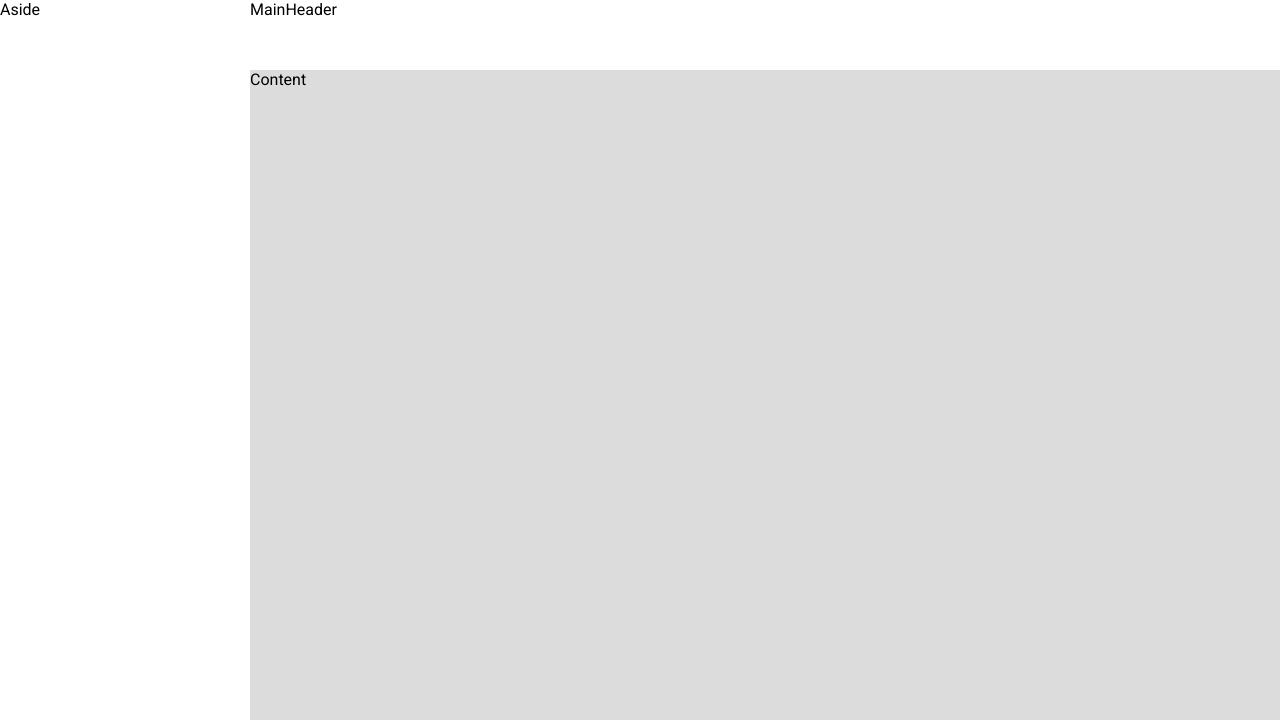
Repository: XFERRER7/dashboard
Page: /
The author's editor kept a copy of each file at every save. The page is drawn from the files as they stood at one save, then again after a run of saves.
The browser window is 1280 px wide. The pictures show the whole page.
The project was rebuilt for these pictures with package versions that can differ from the ones it lists, and the page was loaded fresh each time. Also part of the build but not shown: vite.config.ts.

Above is the page before, as saved 2022-07-06 15:30:31.

### index.html
<!DOCTYPE html>
<html lang="pt-br">

<head>
  <meta charset="UTF-8" />
  <meta name="viewport" content="width=device-width, initial-scale=1.0" />
  <link rel="shortcut icon" href="src/assets/Logo.svg" type="image/x-icon">
  <link rel="preconnect" href="https://fonts.googleapis.com">
  <link rel="preconnect" href="https://fonts.gstatic.com" crossorigin>
  <link href="https://fonts.googleapis.com/css2?family=Roboto:wght@400;500;700&display=swap" rel="stylesheet">
  <title>Dashboard</title>
</head>

<body>
  <div id="root"></div>
  <script type="module" src="/src/main.tsx"></script>
</body>

</html>

### src/main.tsx
import React from 'react'
import ReactDOM from 'react-dom/client'
import {App} from './App'

ReactDOM.createRoot(document.getElementById('root')!).render(
  <React.StrictMode>
    <App />
  </React.StrictMode>
)

### src/App.tsx
import Global from "./styles/Global"
import { Layout } from './components/Layout'
import { ThemeProvider } from 'styled-components'
import dark from './styles/Themes/dark'
import light from './styles/Themes/light'

export const App = () => {
  return (
    <div>
      <ThemeProvider theme={light}>
        <Global />
        <Layout />
      </ThemeProvider>
    </div>
  )
}

### src/styles/Global.ts
import { createGlobalStyle } from 'styled-components'

export default createGlobalStyle`

  * {
    margin: 0;
    padding: 0;
    box-sizing: border-box;
  }

  html, body, #root {
    height: 100%;
  }

  *, button, input {
    border: 0;
    outline: 0;
    font-family: 'Roboto', sans-serif;
  }

  button {
    cursor: pointer;
  }

`;

### src/components/Layout/index.tsx
import {Container} from './Styles'
import { MainHeader} from '../MainHeader'
import { Content} from '../Content'
import { Aside} from '../Aside'

export const Layout = () => {
  return (
    <Container>
      <MainHeader/>
      <Aside/>
      <Content/>
    </Container>
  )
}

### src/styles/Themes/light.ts
export default {
  title: 'light',

  colors: {
    primary: '#DCDCDC',
    secondary: '##E5E5E5',
    tertiary: '##F5F5F5',

    white: '#000',
    black: '#fff',
    gray: '#dfdfdf',

    sucess: '#03BB85',
    info: '#3B5998',
    warnig: '#FF6961'


  }
}

### src/components/Layout/Styles.ts
import styled from "styled-components"

export const Container = styled.div`
  display: grid;
  grid-template-columns: 250px auto;
  grid-template-rows: 70px auto;

  grid-template-areas:
  'AS MH'
  'AS CT';
  height: 100vh;

`

### src/components/MainHeader/index.tsx
import {Container} from './Styles'


export const MainHeader = () => {
  return (
    <Container>
      <div>MainHeader</div>
    </Container>
  )
}

### src/components/Content/index.tsx
import {Container} from './Styles'


export const Content = () => {
  return (
    <Container>
      <div>Content</div>

    </Container>
  )
}

### src/components/Aside/index.tsx
import {Container} from './Styles'


export const Aside = () => {
  return (
    <Container>
      <div>Aside</div>

    </Container>
  )
}

### src/components/MainHeader/Styles.ts
import styled from "styled-components"

export const Container = styled.div`
  grid-area: MH;
  color: ${props => props.theme.colors.white};
  background-color: ${props => props.theme.colors.secondary};
`

### src/components/Content/Styles.ts
import styled from "styled-components"

export const Container = styled.div`
  grid-area: CT;
  color: ${props => props.theme.colors.white};
  background-color: ${props => props.theme.colors.primary};
`

### src/components/Aside/Styles.ts
import styled from "styled-components"

export const Container = styled.div`
  grid-area: AS;
  color: ${props => props.theme.colors.white};
  background-color: ${props => props.theme.colors.secondary};
`

After the next 4 saves:
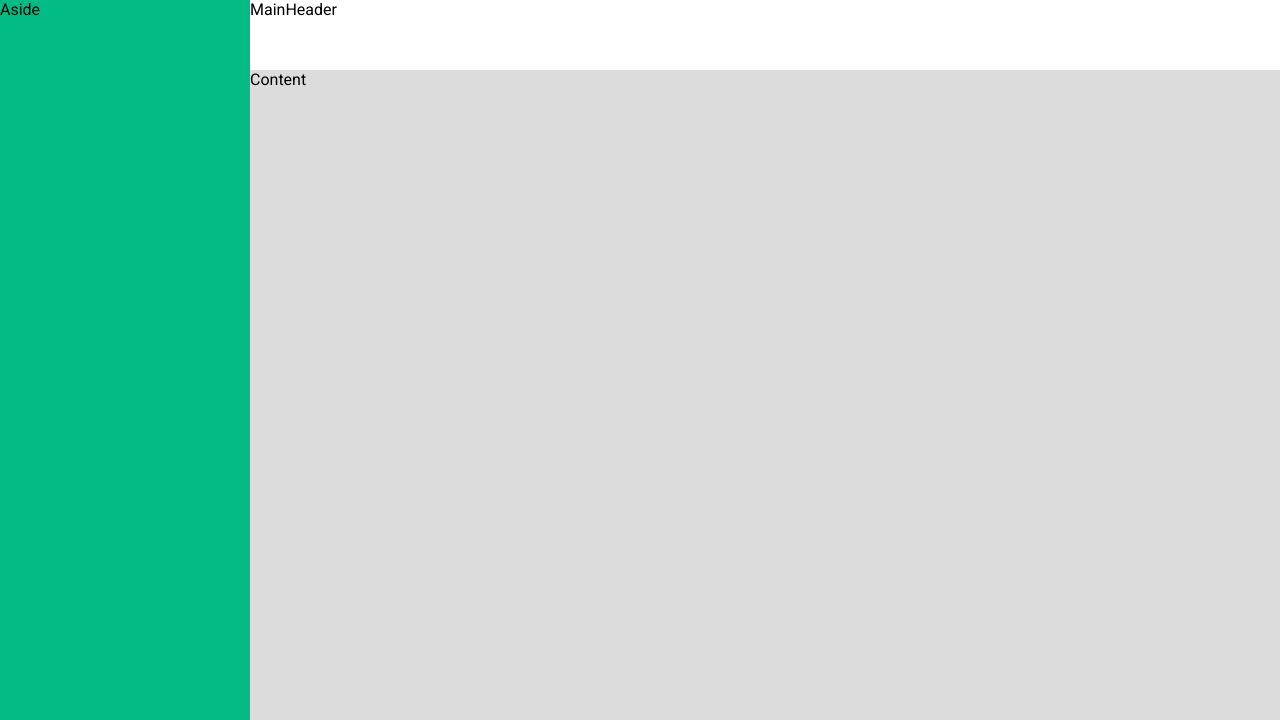
The 4 saves are shown as one change because 1 did not build or start and some came seconds apart.
The last was saved 17 s later.
--- a/src/components/Aside/Styles.ts
+++ b/src/components/Aside/Styles.ts
@@ -3,5 +3,5 @@ import styled from "styled-components"
 export const Container = styled.div`
   grid-area: AS;
   color: ${props => props.theme.colors.white};
-  background-color: ${props => props.theme.colors.secondary};
+  background-color: ${props => props.theme.colors.sucess};
 `
